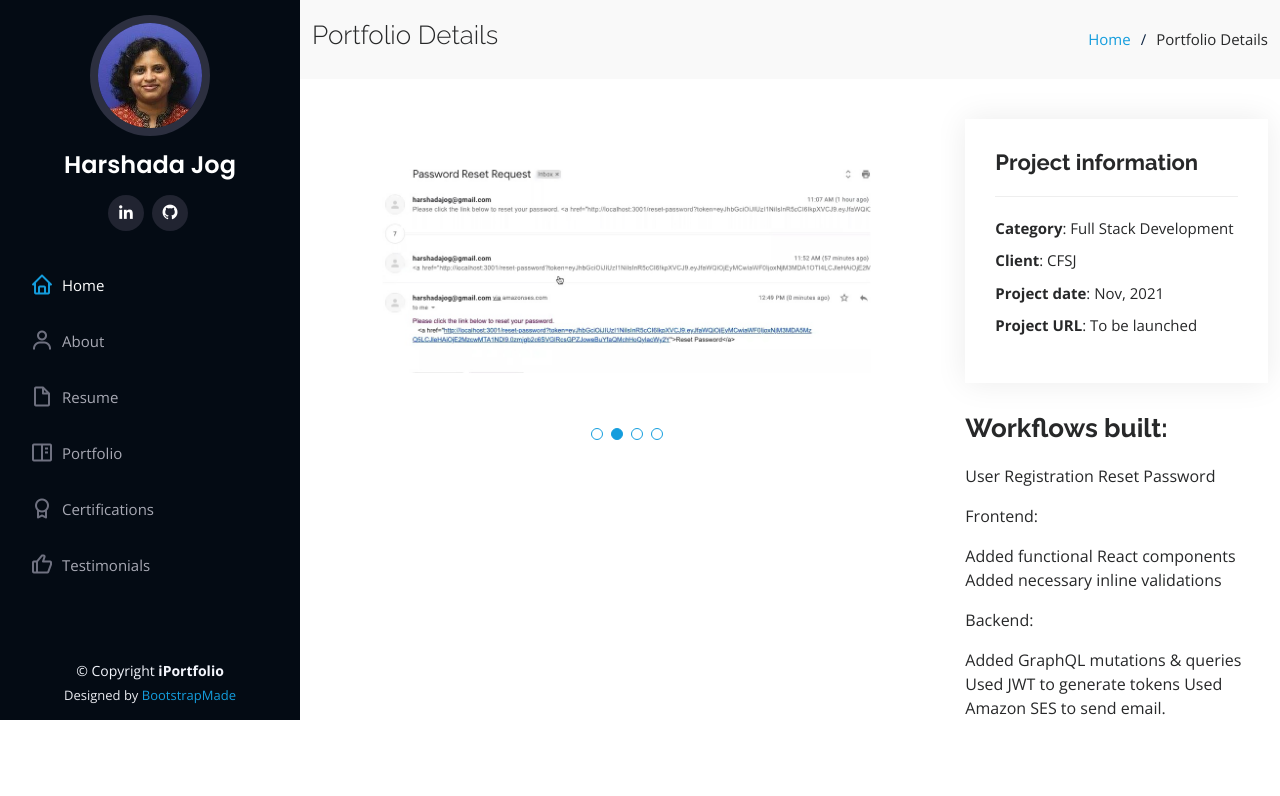
Repository: harshadajog/harshadajog.github.io
Page: cfsj-details.html
An editor plug-in stored every save of this project. The page is shown before and after the next save, followed by the edit.
The browser window is 1280 px wide. The pictures show the whole page.

Above is the page before, as saved 2021-11-22 22:25:54.

After the next save:
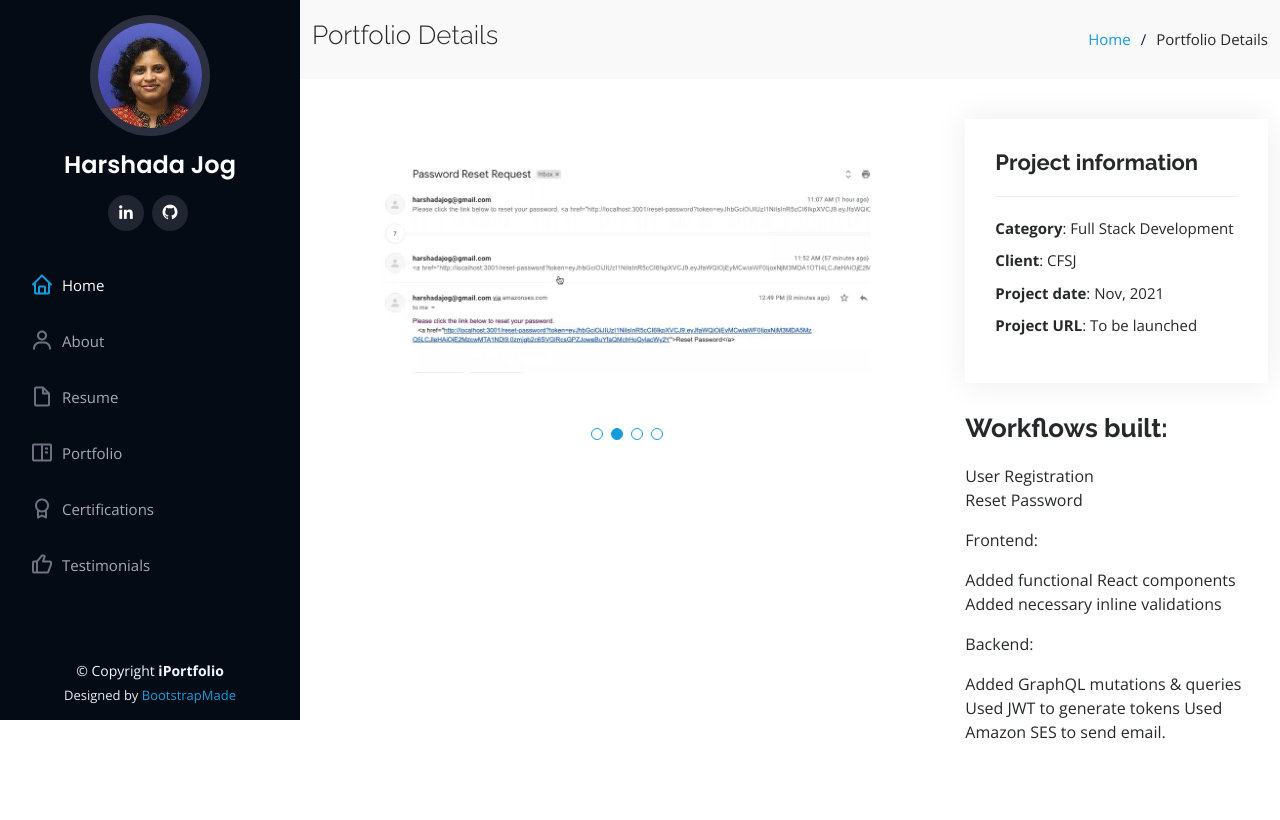
Saved 5 s later.
--- a/cfsj-details.html
+++ b/cfsj-details.html
@@ -123,7 +123,7 @@
             <div class="portfolio-description">
               <h2>Workflows built:</h2>
               <p>
-                User Registration
+                User Registration <br >
                 Reset Password
               </p>
               <p>Frontend:</p>
